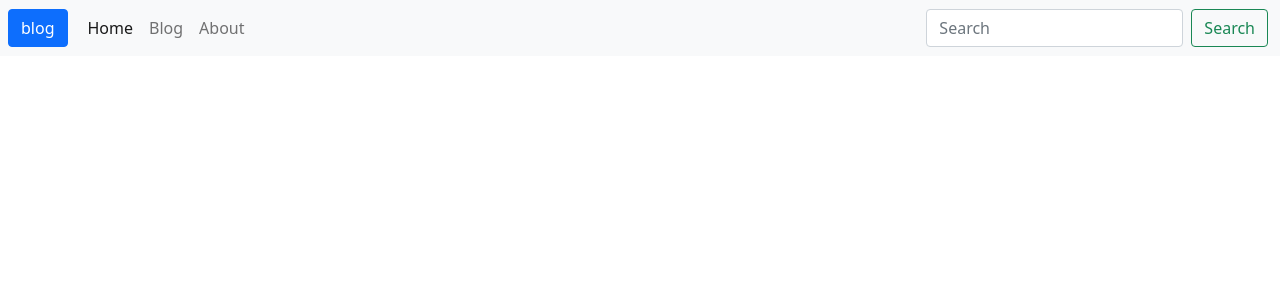
Repository: syni18/bootstrap_blog
Page: index.html
The author's editor kept a copy of each file at every save. The page is drawn from the files as they stood at one save, then again after the next save.
The browser window is 1280 px wide. The pictures show the whole page.

Above is the page before, as saved 2023-10-25 21:00:00.

### index.html
<!DOCTYPE html>
<html lang="en">
  <head>
    <meta charset="UTF-8" />
    <meta name="viewport" content="width=device-width, initial-scale=1.0" />
    <link
      href="https://cdn.jsdelivr.net/npm/bootstrap@5.0.2/dist/css/bootstrap.min.css"
      rel="stylesheet"
      integrity="sha384-EVSTQN3/azprG1Anm3QDgpJLIm9Nao0Yz1ztcQTwFspd3yD65VohhpuuCOmLASjC"
      crossorigin="anonymous"
    />
    <script
      src="https://cdn.jsdelivr.net/npm/bootstrap@5.0.2/dist/js/bootstrap.bundle.min.js"
      integrity="sha384-MrcW6ZMFYlzcLA8Nl+NtUVF0sA7MsXsP1UyJoMp4YLEuNSfAP+JcXn/tWtIaxVXM"
      crossorigin="anonymous"
    ></script>
    <title>Blogging</title>
  </head>
  <body>
    <nav class="navbar navbar-expand-lg navbar-light bg-light">
      <button
        class="btn btn-primary ms-2"
        type="button"
        data-bs-toggle="offcanvas"
        data-bs-target="#offcanvasScrolling"
        aria-controls="offcanvasScrolling"
      >
        blog
      </button>

      <div
        class="offcanvas offcanvas-start"
        data-bs-scroll="true"
        data-bs-backdrop="false"
        tabindex="-1"
        id="offcanvasScrolling"
        aria-labelledby="offcanvasScrollingLabel"
      >
        <div class="offcanvas-header">
          <h5 class="offcanvas-title" id="offcanvasScrollingLabel">Blog</h5>
          <button
            type="button"
            class="btn-close"
            data-bs-dismiss="offcanvas"
            aria-label="Close"
          ></button>
        </div>
        <div class="offcanvas-body">
          <ul class="list-group">
            <li class="list-group-item">Current Affairs</li>
            <li class="list-group-item">Sports</li>
            <li class="list-group-item">Entertainment</li>
            <li class="list-group-item">Politics</li>
            <li class="list-group-item">Business</li>

          </ul>
        </div>
      </div>
      <div class="container-fluid">
        <!-- <a class="navbar-brand" href="#"> Blog </a>
        <button
          class="navbar-toggler"
          type="button"
          data-bs-toggle="collapse"
          data-bs-target="#navbarSupportedContent"
          aria-controls="navbarSupportedContent"
          aria-expanded="false"
          aria-label="Toggle navigation"
        >
          <span class="navbar-toggler-icon"></span>
        </button> -->
        <div class="collapse navbar-collapse" id="navbarSupportedContent">
          <ul class="navbar-nav me-auto mb-2 mb-lg-0">
            <li class="nav-item">
              <a class="nav-link active" aria-current="page" href="#"> Home </a>
            </li>
            <li class="nav-item">
              <a class="nav-link" href="#"> Blog </a>
            </li>
            <!-- <li class="nav-item dropdown">
              <a
                class="nav-link dropdown-toggle"
                href="#"
                id="navbarDropdown"
                role="button"
                data-bs-toggle="dropdown"
                aria-expanded="false"
              >
                Dropdown
              </a>
              <ul class="dropdown-menu" aria-labelledby="navbarDropdown">
                <li>
                  <a class="dropdown-item" href="#">
                    Action
                  </a>
                </li>
                <li>
                  <a class="dropdown-item" href="#">
                    Another action
                  </a>
                </li>
                <li>
                  <hr class="dropdown-divider" />
                </li>
                <li>
                  <a class="dropdown-item" href="#">
                    Something else here
                  </a>
                </li>
              </ul>
            </li> -->
            <li class="nav-item">
              <a class="nav-link" href="#"> About </a>
            </li>
          </ul>
          <form class="d-flex">
            <input
              class="form-control me-2"
              type="search"
              placeholder="Search"
              aria-label="Search"
            />
            <button class="btn btn-outline-success" type="submit">
              Search
            </button>
          </form>
        </div>
      </div>
    </nav>
  </body>
</html>

After the next save:
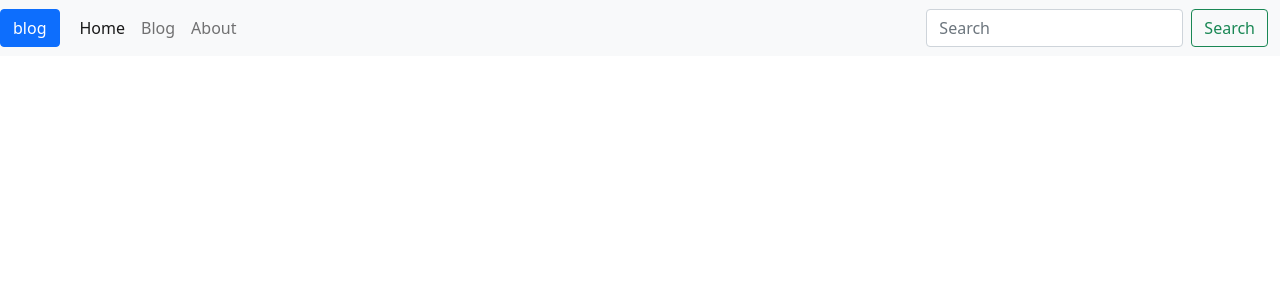
Saved 17 s later.
--- a/index.html
+++ b/index.html
@@ -19,7 +19,7 @@
   <body>
     <nav class="navbar navbar-expand-lg navbar-light bg-light">
       <button
-        class="btn btn-primary ms-2"
+        class="btn btn-primary m"
         type="button"
         data-bs-toggle="offcanvas"
         data-bs-target="#offcanvasScrolling"
@@ -37,7 +37,9 @@
         aria-labelledby="offcanvasScrollingLabel"
       >
         <div class="offcanvas-header">
-          <h5 class="offcanvas-title" id="offcanvasScrollingLabel">Blog</h5>
+          <h5 class="offcanvas-title" id="offcanvasScrollingLabel">
+           Blog
+          </h5>
           <button
             type="button"
             class="btn-close"
@@ -46,14 +48,9 @@
           ></button>
         </div>
         <div class="offcanvas-body">
-          <ul class="list-group">
-            <li class="list-group-item">Current Affairs</li>
-            <li class="list-group-item">Sports</li>
-            <li class="list-group-item">Entertainment</li>
-            <li class="list-group-item">Politics</li>
-            <li class="list-group-item">Business</li>
-
-          </ul>
+          <p>
+            Try scrolling the rest of the page to see this option in action.
+          </p>
         </div>
       </div>
       <div class="container-fluid">
